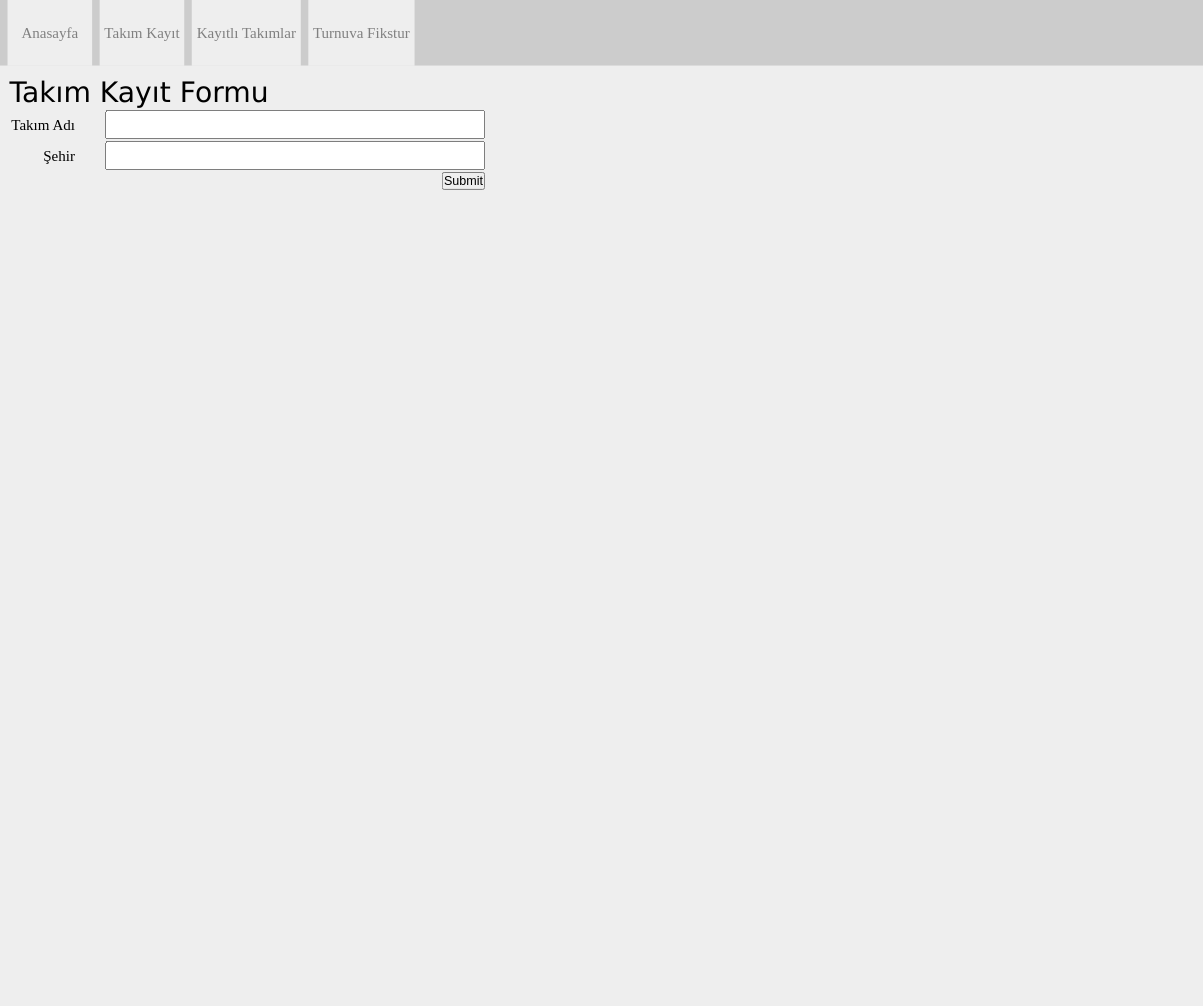
Repository: oktembaris77/internet_final
Page: http://localhost/internetfinal/takim_kayit.jsp
An editor plug-in stored every save of this project. The page is shown before and after the next save, followed by the edit.
The browser window is 1280 px wide. The pictures show the whole page, at 94% of full size.
The page is served by Tomcat 9. Other server files are loaded and not shown.

Above is the page before, as saved 2020-05-11 20:03:50.

### internetfinal/WebContent/takim_kayit.jsp
<%@ page language="java" contentType="text/html; charset=UTF-8"
    pageEncoding="UTF-8"%>
<!DOCTYPE html>
<html>
<head>
<meta charset="ISO-8859-1">
<title>Takım Kayıt</title>
<meta charset="utf-8"/>
<style>
*{
	margin:0;padding:0;
}

#ustmenu{
width:100%;
height:70px;
background-color:#ccc;
}
a{
text-decoration:none;
color:gray;
}
a:hover{
text-decoration:none;
color:white;
}
#sayfabtn{
height:70px;
min-width:90px;
background-color:#eee;
color:white;
text-align:center;
margin-left:8px;
text-decoration:none;
padding:0px 5px 0px 5px;
box-sizing:border-box;
line-height:70px;
float:left;
}

#sayfabtn:hover{
transition:0.2s;
background-color:#ccc;
border:1px solid #ccc;
box-shadow: 1px 2px 1px 1px gray;
}

#icerik{
width:100%;
height:1000px;
background-color:#eee;
padding:10px;
box-sizing:border-box;
}

td{
text-align:right;
}
#inputtext{
height: 27px;
width: 400px;
margin-left:30px;
}
.baslik{
font-size:30px;
font-family:"verdana";
}
</style>
</head>
<body>
	<div id="ustmenu">
		<div id="sayfabtn">
			<a href = "index.jsp">Anasayfa</a>
		</div>
		<div id="sayfabtn">
			<a href = "takim_kayit.jsp">Takım Kayıt</a>
		</div>
		<div id="sayfabtn">
			<a href = "kayitli_takimlar.jsp">Kayıtlı Takımlar</a>
		</div>
		<div id="sayfabtn">
			<a href = "turnuva_fikstur.jsp">Turnuva Fikstur</a>
		</div>
	</div>

	<div id="icerik">
	<p class="baslik">Takım Kayıt Formu</p>
		<form name="takimkayit" action="TakimKayitServlet" method="post">
			<table>
				<tr>
					<td>Takım Adı </td>
					<td><input id="inputtext" type="text" name="takimadi"></td>
				</tr>
				<tr>
					<td>Şehir </td>
					<td><input id="inputtext" type="text" name="sehir"></td>
				</tr>
				<tr>
					<td></td>
					<td><input type="submit"></td>
				</tr>
			</table>


		</form>
	</div>



</body>
</html>

After the next save:
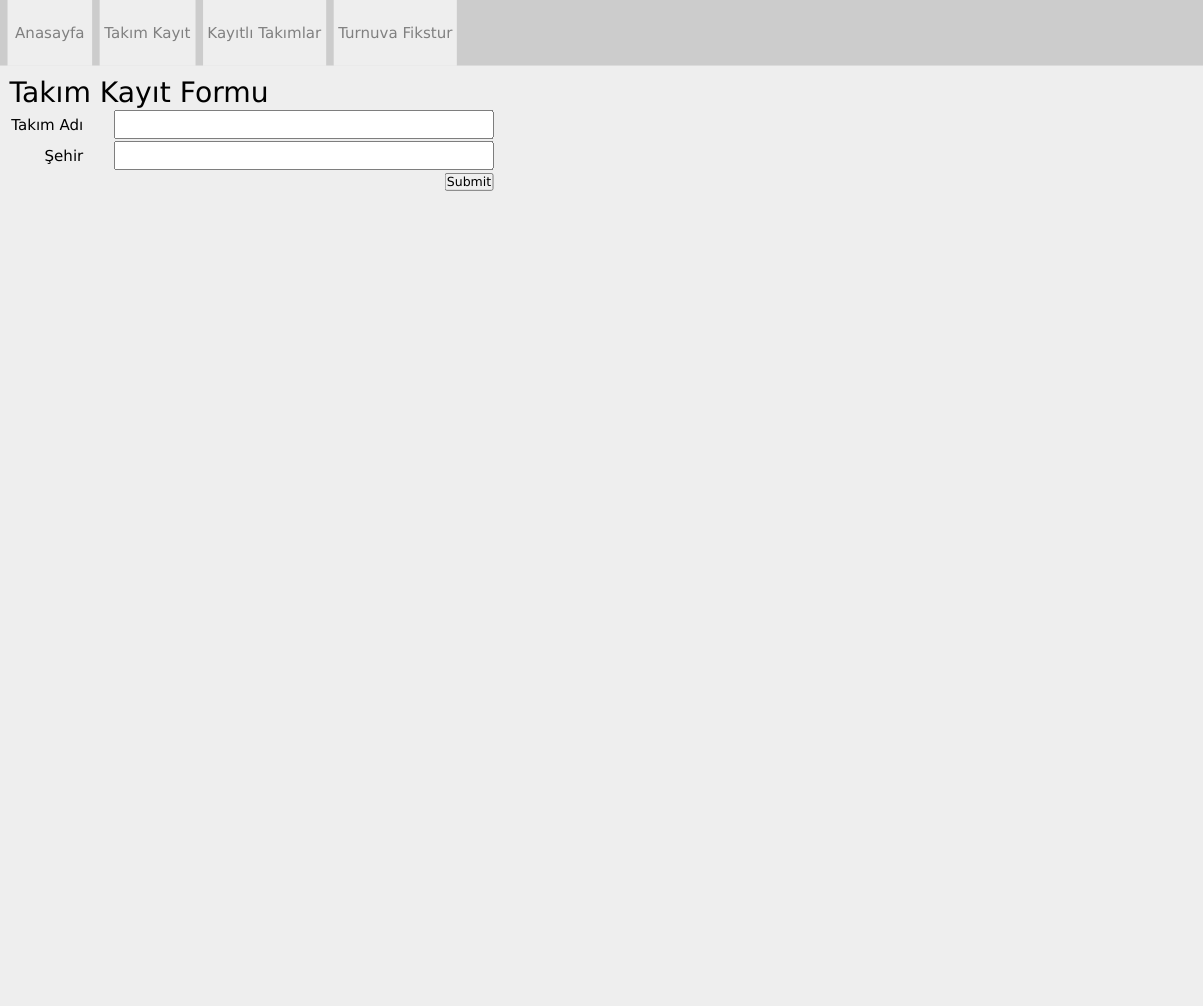
Saved 13 s later.
--- a/internetfinal/WebContent/takim_kayit.jsp
+++ b/internetfinal/WebContent/takim_kayit.jsp
@@ -9,6 +9,7 @@
 <style>
 *{
 	margin:0;padding:0;
+	font-family:"verdana";
 }
 
 #ustmenu{
@@ -63,7 +64,7 @@
 }
 .baslik{
 font-size:30px;
-font-family:"verdana";
+
 }
 </style>
 </head>
